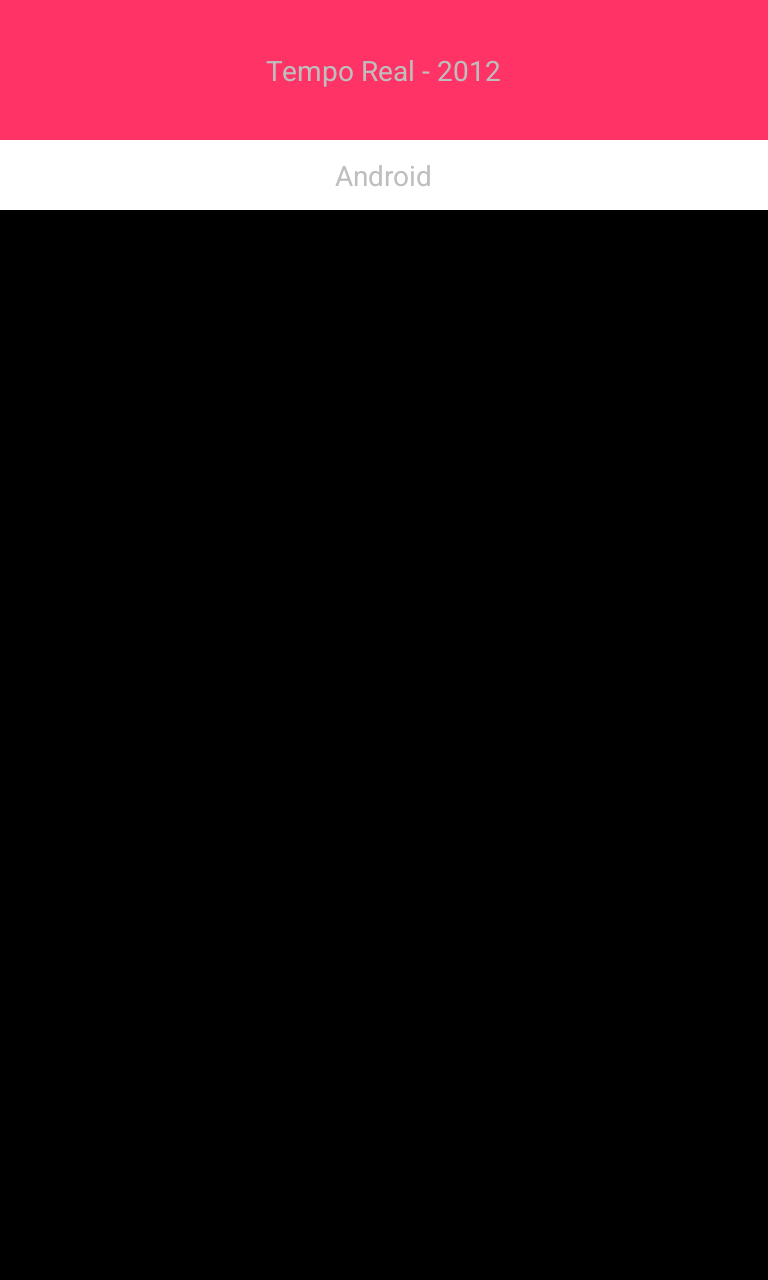
Repository: SuelenGC/Trainings
Layout: TempoRealEventos/HelloAndroid/res/layout/documento_item.xml
The author's editor kept a copy of each file at every save. The layout is drawn from the files as they stood at one save, then again after the next save.
It is drawn on a 768 x 1280 px phone screen (xhdpi) without system bars, with theme android:Theme; the app's code is not run.

Above is the layout before, as saved 2012-06-02 17:44:37.

### TempoRealEventos/HelloAndroid/res/layout/documento_item.xml
<?xml version="1.0" encoding="utf-8"?>
<LinearLayout xmlns:android="http://schemas.android.com/apk/res/android"
    android:layout_width="fill_parent"
    android:layout_height="fill_parent"
    android:orientation="vertical">


	<LinearLayout
	    android:layout_width="fill_parent"
	    android:layout_height="70dp"
	    android:background="#ff3366"
	    android:gravity="center"
	    >

	    <TextView
	        android:layout_width="wrap_content"
	        android:layout_height="wrap_content"
	        android:text="Tempo Real - 2012"

	        />

	</LinearLayout>

	<LinearLayout
	    android:layout_width="fill_parent"
	    android:layout_height="35dp"
	    android:background="#ffffff"
	    android:gravity="center"
	    >

	    <TextView
	        android:layout_width="wrap_content"
	        android:layout_height="wrap_content"
	        android:text="Android"

	        />
	 </LinearLayout>
</LinearLayout>

After the next save:
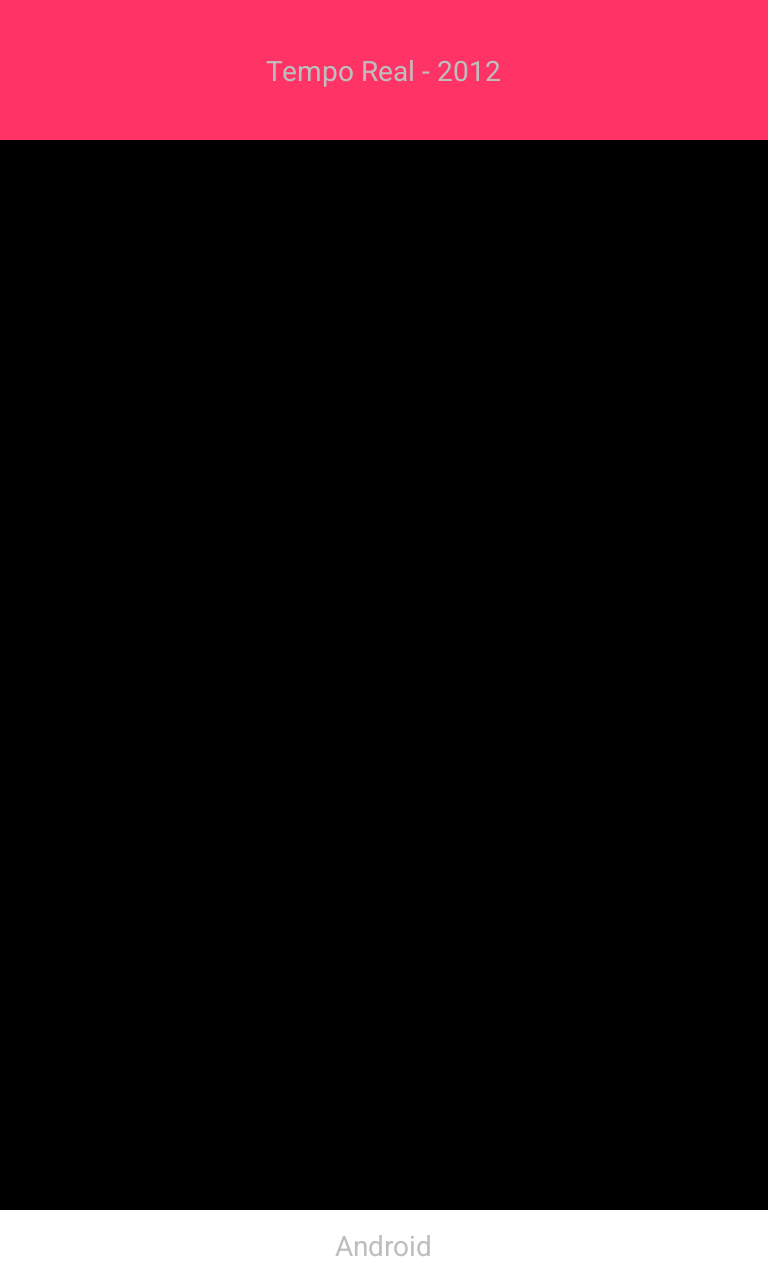
Saved 2 min 20 s later.
--- a/TempoRealEventos/HelloAndroid/res/layout/documento_item.xml
+++ b/TempoRealEventos/HelloAndroid/res/layout/documento_item.xml
@@ -23,6 +23,15 @@
 
 	<LinearLayout
 	    android:layout_width="fill_parent"
+	    android:layout_height="wrap_content"
+	    android:layout_weight="1"
+	    >
+
+
+	</LinearLayout>
+
+	<LinearLayout
+	    android:layout_width="fill_parent"
 	    android:layout_height="35dp"
 	    android:background="#ffffff"
 	    android:gravity="center"
